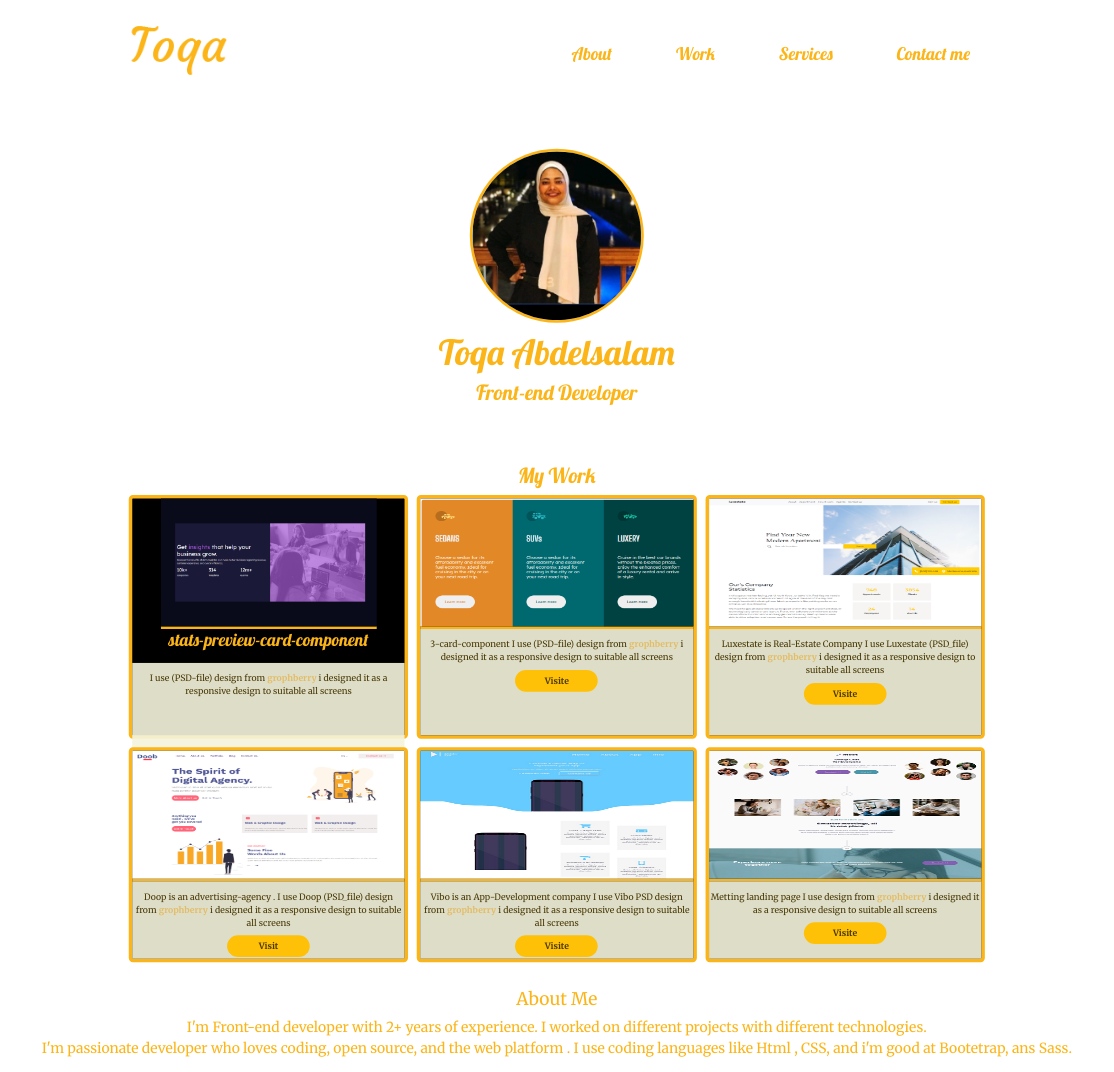
Repository: Toqa-25/portfolio
Page: index.html
These files come from the project's save history. The page is drawn as it stood at one moment and after the next save; the edit follows.
The browser window is 1280 px wide. The pictures show the whole page, at 87% of full size.
Some web fonts or font styles are not loaded; a fallback is used.

Above is the page before, as saved 2021-10-31 18:17:25.

After the next save:
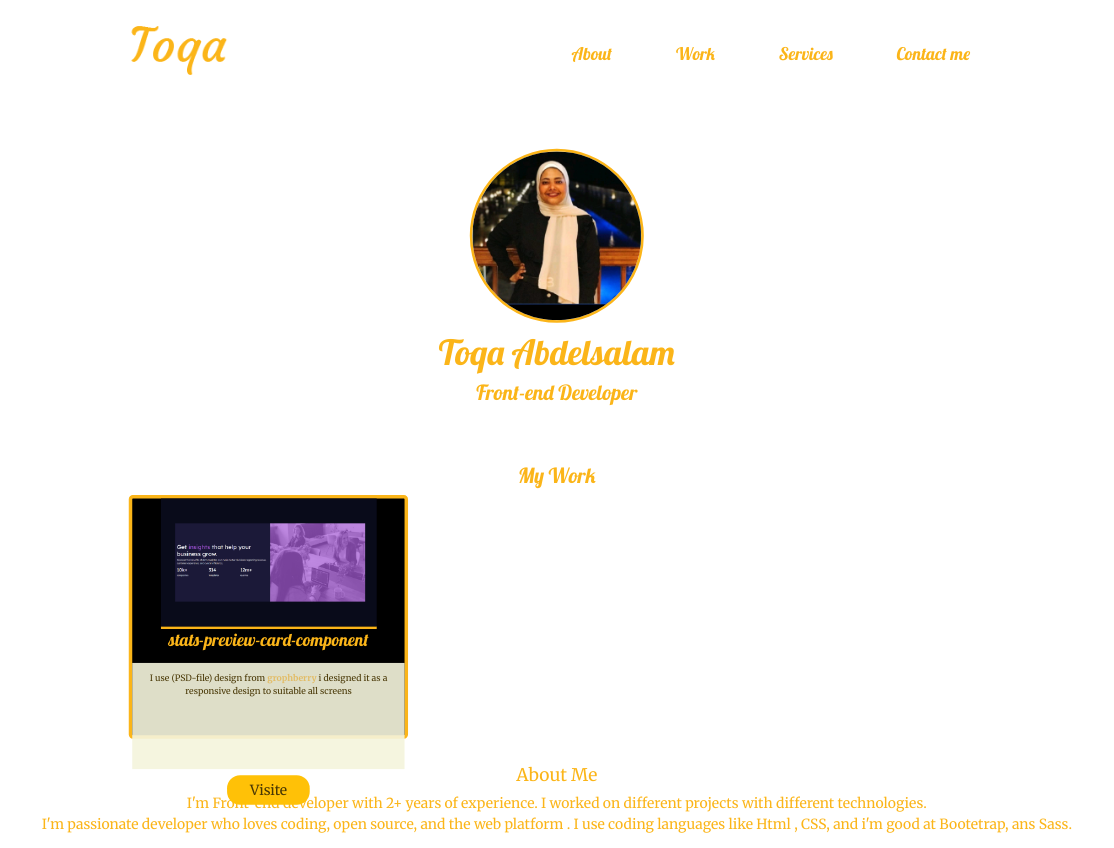
Saved 25 s later.
--- a/index.html
+++ b/index.html
@@ -82,7 +82,7 @@
       <button class="card-button"><a href="https://toqa-25.github.io/stats-preview-card-component-main/">Visite</a></button>
         </div>
  </div>
-      <div class="project card" role="menu">
+      <!-- <div class="project card" role="menu">
         <img src="images/toqa-25.github.io_3-cards-component3_.png" alt="">
         <p>3-card-component
       I use (PSD-file) design from <span> <a href="https://www.frontendmentor.io/">grophberry</a></span>
@@ -121,7 +121,7 @@
 i designed it as a responsive design to suitable all screens <br>
 <button><a href="https://toqa-25.github.io/landing-meeting-page/">Visite</a></button>
 </p>
-</div>
+</div> -->
    </div>
    </div>
       </section>
